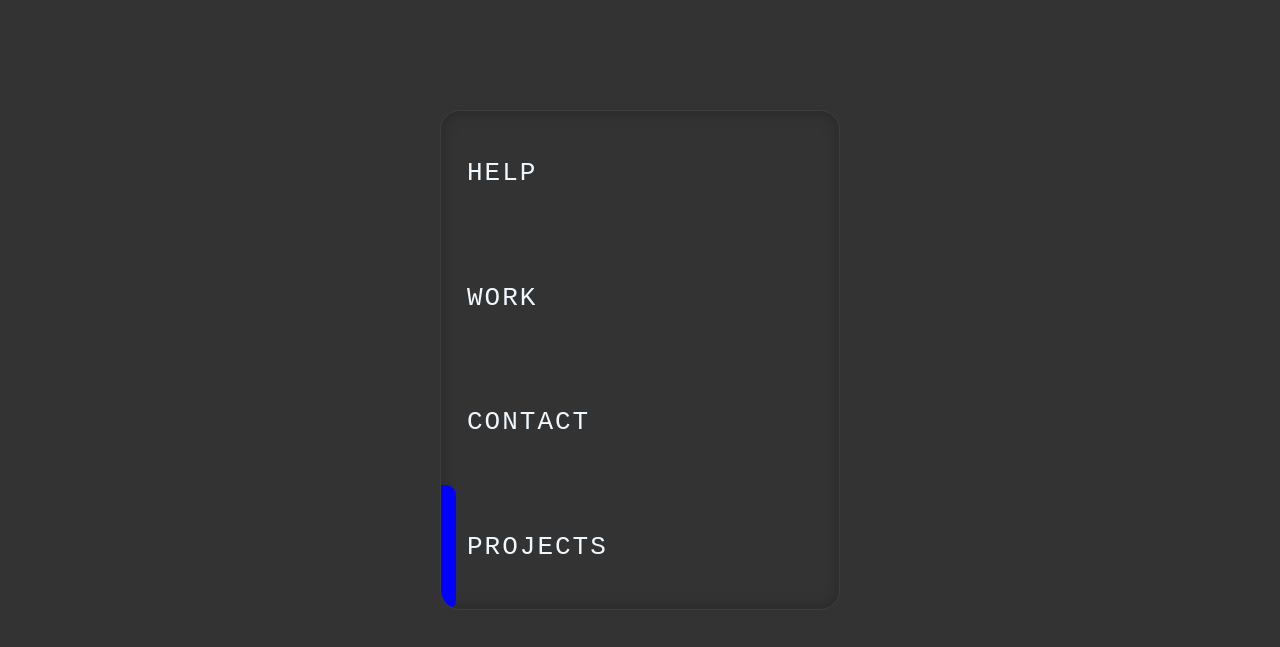
Repository: Rostyk-qq/Projects_Web
Page: menuRanLine/ranLine.html
These files come from the project's save history. The page is drawn as it stood at one moment and after a run of saves; the edit follows.
The browser window is 1280 px wide. The pictures show the whole page.

Above is the page before, as saved 2023-09-30 02:57:36.

### menuRanLine/ranLine.html
<!DOCTYPE html>
<html lang="en">
<head>
    <meta charset="UTF-8">
    <meta name="viewport" content="width=device-width, initial-scale=1.0">
    <link rel="stylesheet" href="./ranLine.css">
    <title>Document</title>
</head>
<body>
    <div class="wrapper">
        <ul class="menu">
            <li data-active-color="red" class="menu__list">
                <a href="#" class="menu__link">Help</a>
            </li>
            <li data-active-color="yellow"  class="menu__list">
                <a href="#" class="menu__link">Work</a>
            </li>
            <li data-active-color="green"  class="menu__list">
                <a href="#" class="menu__link">Contact</a>
            </li>
            <li data-active-color="blue"  class="menu__list _active">
                <a href="#" class="menu__link">Projects</a>
            </li>

            <div class="container__line">
                <div class="line"></div>
            </div>
        </ul>
    </div>
    <script src="./ranLine.js" ></script>
</body>
</html>

### menuRanLine/ranLine.css
*{
    margin: 0;
    padding: 0;
    box-sizing: border-box;
}
body{
    width: 100vw;
    height: 100vh;
    overflow: hidden;
}
.wrapper {
    width: 100%;
    height: 100%;
    display: grid;
    place-items: center;
    background-color: #333;
 }
.menu {
    position: relative;
    padding: 0;
    display: flex;
    flex-direction: column;
    flex-wrap: wrap;
    width: 400px;
    height: 500px;
    border-radius: 20px;
    overflow: hidden;
}
.menu__list {
    list-style-type: none;
    width: 100%;
    height: 25%;
    display: flex;
    align-items: center;
}
.menu__link {
    text-transform: uppercase;
    text-decoration: none;
    letter-spacing: 2px;
    color: aliceblue;
    padding-left: 26px;
    font-size: 26px;
    font-family: 'Courier New', Courier, monospace;
}
.container__line {
    position: absolute;
    left: 0;
    top: 0;
    width: 15px;
    height: 100%;
}
.line {
    position: absolute;
    top: 0;
    left: 0;
    width: 100%;
    border-radius: 0px 10px 10px 0px;
}

.menu{
    border: 1px solid transparent;
    box-shadow: inset 0px 0px 15px 0px transparent;
}
.loaded .menu {
    border: 1px solid rgba(255, 255, 255, 0.05);
    box-shadow: inset 0px 0px 15px 0px rgb(0, 0, 0, 0.25);
    transition: all 1.2s ease;
}
.menu__link{
    transform: translateX(-100%);
}
.loaded .menu__link{
    transform: translateX(0%);
    transition: transform 1.2s ease;
}
.loaded .menu__list:nth-child(1) .menu__link{
    transition-delay: .5s;
}
.loaded .menu__list:nth-child(2) .menu__link{
    transition-delay: .7s;
}
.loaded .menu__list:nth-child(3) .menu__link{
    transition-delay: .9s;
}
.loaded .menu__list:nth-child(4) .menu__link{
    transition-delay: 1.1s;
}
.container__line .line{
    transform: translateX(-100%);
}
.loaded .container__line .line{
    transform: translateX(0%);
    transition: transform 2s ease;
    transition-delay: 1s;
}

### menuRanLine/ranLine.js

window.addEventListener('load', windowLoad);

function windowLoad(e) {
    document.documentElement.classList.add('loaded');

    const menu = document.querySelector('ul.menu');
    let menuActiveElement;

    if(menu){
        menuActiveElement = document.querySelector('.container__line .line')
        const menuActiveItem = menu.querySelector('.menu__list._active')

        menuActiveItem ? setStyles(menuActiveItem) : null;
        menuActiveItem.addEventListener('click', effectCreate)
    }
    function effectCreate(e){
        const target = e.target;

        if(target.closest('menu__list')){

        }

        // if (!e.target.classList.contains('menu__list')) return;
    }
    function setStyles(menuActiveItem) {
        menuActiveItem.classList.add('_active')
        menuActiveElement.style.cssText = `
            height: ${menuActiveItem.offsetHeight}px;
            top: ${menuActiveItem.offsetTop}px;
            background-color: ${menuActiveItem.dataset.activeColor};
        `
    }
}

After the next 3 saves:
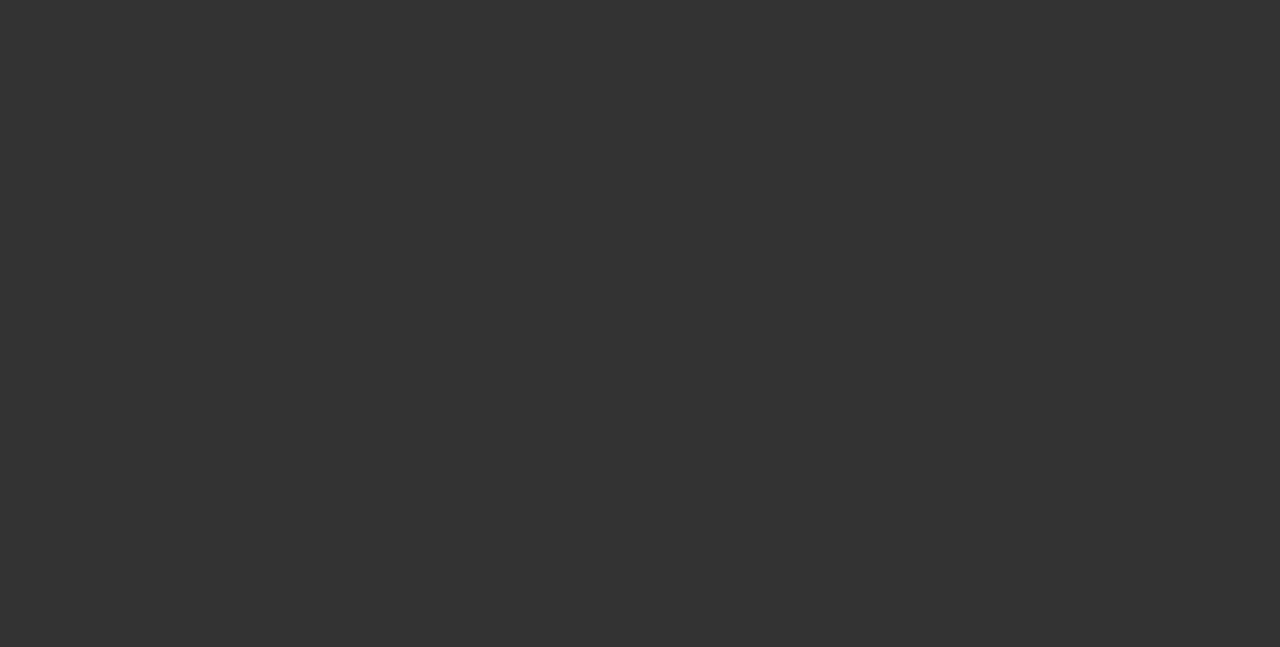
Console error: SyntaxError: Unexpected token '}'
The 3 saves are shown as one change because they came seconds apart.
The last was saved 17 s later.
--- a/menuRanLine/ranLine.js
+++ b/menuRanLine/ranLine.js
@@ -18,7 +18,7 @@
         const target = e.target;
 
         if(target.closest('menu__list')){
-
+            const getItem = target.closest('menu__list').
         }
 
         // if (!e.target.classList.contains('menu__list')) return;

After the 3 saves that followed:
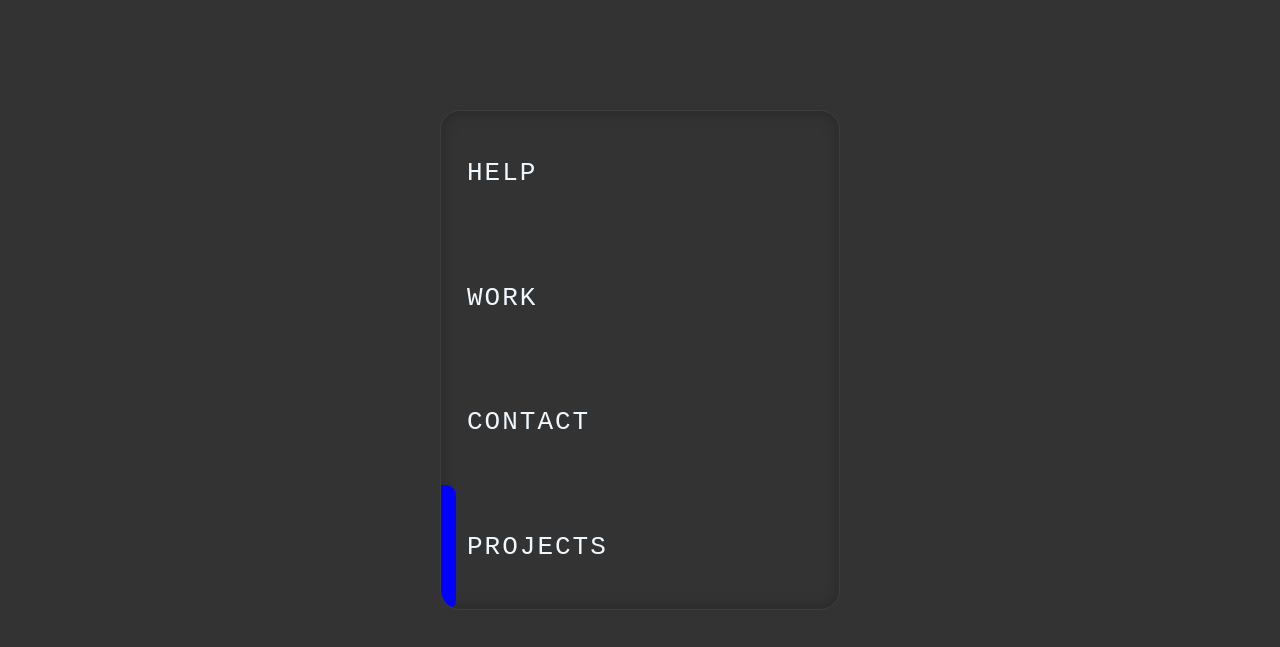
The error is gone.
The 3 saves are shown as one change because 1 left the picture as it was and some came seconds apart.
The last was saved 23 s later.
--- a/menuRanLine/ranLine.js
+++ b/menuRanLine/ranLine.js
@@ -18,7 +18,9 @@
         const target = e.target;
 
         if(target.closest('menu__list')){
-            const getItem = target.closest('menu__list').
+            const getItem = target.closest('menu__list');
+            const getItemActive = target.closest('menu__list');
+
         }
 
         // if (!e.target.classList.contains('menu__list')) return;
